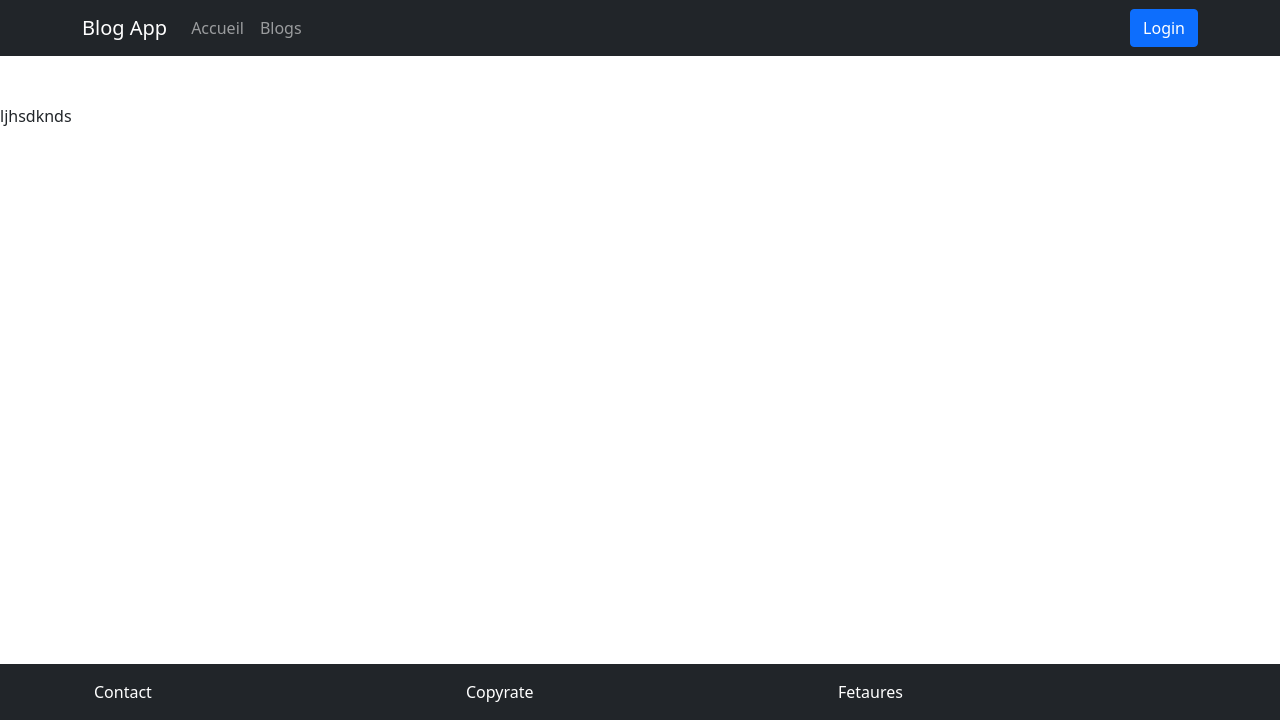
Repository: FS-23/laravel-blog-app
Page: http://localhost/blog/detail
These files come from the project's save history. The page is drawn as it stood at one moment and after the next save; the edit follows.
The browser window is 1280 px wide. The pictures show the whole page.
The page is served by the project's Laravel application, run on PHP 8.4 with Laravel 9. Other server files are loaded and not shown.

Above is the page before, as saved 2022-06-07 13:38:59.

### BlogApp/routes/web.php
<?php

use Illuminate\Support\Facades\Route;
use App\Http\Controllers\BlogController;
use App\Http\Controllers\ProductController;
use Illuminate\Http\Request;


Route::get('/', function () {
    return redirect('/blog/list');
});

Route::get('/home', function(){
    $user = ["name" =>  "Nour" , "level" =>  "A"];
    return view('home', $user);
});

Route::get('/blog' , function(){
    return view('blog.home');
});

Route::get('/blog/list' , [BlogController::class , 'index'] );

Route::get('/blog/create' , [BlogController::class  , 'create']);

Route::get('/blog/detail' , [BlogController::class , 'show']);

Route::post('/blog/store' , [BlogController::class , 'store']);

Route::get('/product' , [ProductController::class , 'index']);

Route::get('/user/create', function(){

    return view('user.create');
});
Route::post('/user/store',function(Request $request){
    dd($request -> all());
   // return 'hello world';
});

### BlogApp/app/Http/Controllers/BlogController.php
<?php

namespace App\Http\Controllers;

use Illuminate\Http\Request;
use App\Models\Blog;

// Blog::create(...)
// Blog::find(1)
//Blog::delete(2)
// Blog::all()


class BlogController extends Controller
{
    function index(){
        // $blog1 = new Blog2("Learn Python" ,  "Learn pyton with moha");
        // $blog2 = new Blog2("Learn CSS/HTML" ,  "Learn pyton with Youssef - Nour -Mohamed");
        // $blog3 = new Blog2("Learn PHP" ,  "Le lorem ipsum est, en imprimerie, une suite de mots sans signification utilisée à titre provisoire pour calibrer une mise en page, le texte définitif venant remplacer le faux-texte dès qu'il est prêt ou que la mise en page est achevée. Généralement, on utilise un texte en faux latin, le Lorem ipsum ou Lipsum.");
        // $blog4 = new Blog2("Learn React" ,  "Learn pyton with Karl");
        // $blogs = [$blog1 , $blog2 , $blog3 , $blog4];

        $allBlogs = Blog::all()    ; // select * from blogs
        return view('blog.list' , ["blogs" =>  $allBlogs]);
    }

    function store(Request $request){

       // dd($request -> all());
        // //......
        //  $formData = ["title" => "Learn java 123" , "content" => "Learn java with AKHENATON" , "categorie" => "JAVA"];

        $result =  Blog::create( $request -> all());


        return redirect('/blog/list');
    }

    function show(){
        $blog = ["title" => "Learn PWA" , "content" => "Learn PWA with Youssef"];
        return view('blog.detail', $blog);
    }


    function create(){
        return view('blog.create');
    }
}


class Blog2{
    public $title;
    public $content;

    function __construct($title , $content){
        $this -> title = $title;
        $this -> content = $content;
    }
}

### BlogApp/resources/views/blog/detail.blade.php

@extends('layout.layout')
@section('content')
    <div class="col-7 mt-5">
           ljhsdknds
    </div>
@endsection

### BlogApp/resources/views/layout/layout.blade.php
<!DOCTYPE html>
<html lang="en">
<head>
    <meta charset="UTF-8">
    <meta name="viewport" content="width=device-width, initial-scale=1.0">
    <meta http-equiv="X-UA-Compatible" content="ie=edge">
    <title>Blog App</title>
    <link rel="stylesheet" href="https://cdn.jsdelivr.net/npm/bootstrap@5.1.3/dist/css/bootstrap.min.css">
    <style>
        html , body {
            min-height: 100vh;
            position: relative;
            width: 100%
        }
        .footer {
            position: absolute;
            bottom: 0;
            width: 100%
        }
    </style>
</head>
<body>
    <nav class="navbar navbar-dark navbar-expand-lg bg-dark">
        <div class="container">
            <div class="navbar-brand">Blog App</div>
            <button class="navbar-toggler" data-bs-toggle="collapse" href="#navbar-container">
                <span class="navbar-toggler-icon"></span>
            </button>
            <div class="collapse navbar-collapse show" id="navbar-container">
                <ul class="navbar-nav">
                    <li class="nav-item">
                        <a href="/" class="nav-link">Accueil</a>
                    </li>
                    <li class="nav-item">
                        <a href="/blog/list" class="nav-link">Blogs</a>
                    </li>
                </ul>
            </div>

            <div>
                <button class="btn btn-primary">
                     Login
                </button>
            </div>

        </div>
    </nav>

    <div class="" style="padding-bottom: 100px">
        <section>
            @yield("content")
        </section>
    </div>

     <footer class="bg-dark text-white p-3 footer">
         <div class="container">
             <div class="row mx-0">
                    <div class="col-4">
                        <div> Contact</div>
                    </div>
                    <div class="col-4">
                        <div>Copyrate</div>
                    </div>
                    <div class="col-4">
                        <div>Fetaures</div>
                    </div>
             </div>
         </div>
     </footer>

    <script src="https://cdn.jsdelivr.net/npm/bootstrap@5.1.3/dist/js/bootstrap.min.js"></script>
</body>
</html>

Loaded but not shown: BlogApp/app/Http/Controllers/Controller.php (common file)

After the next save:
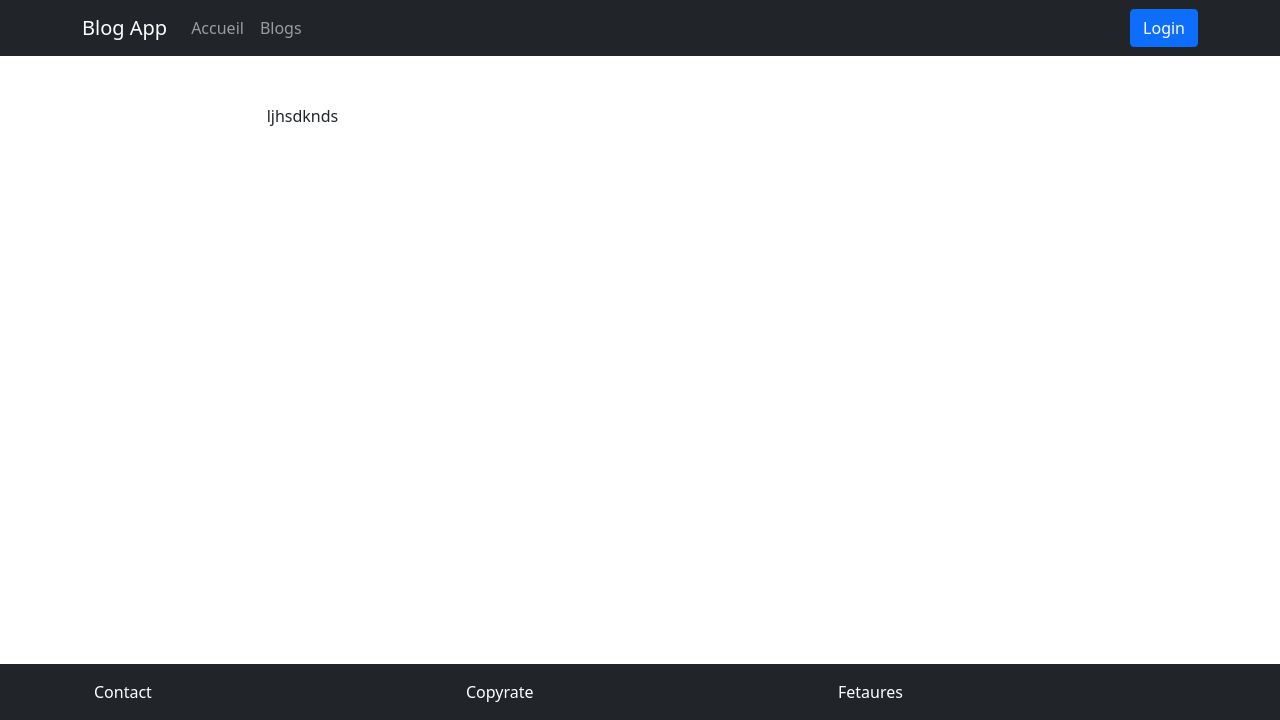
Saved 8 s later.
--- a/BlogApp/resources/views/blog/detail.blade.php
+++ b/BlogApp/resources/views/blog/detail.blade.php
@@ -1,7 +1,7 @@
 
 @extends('layout.layout')
 @section('content')
-    <div class="col-7 mt-5">
+    <div class="col-7 mt-5 m-auto">
            ljhsdknds
     </div>
 @endsection
